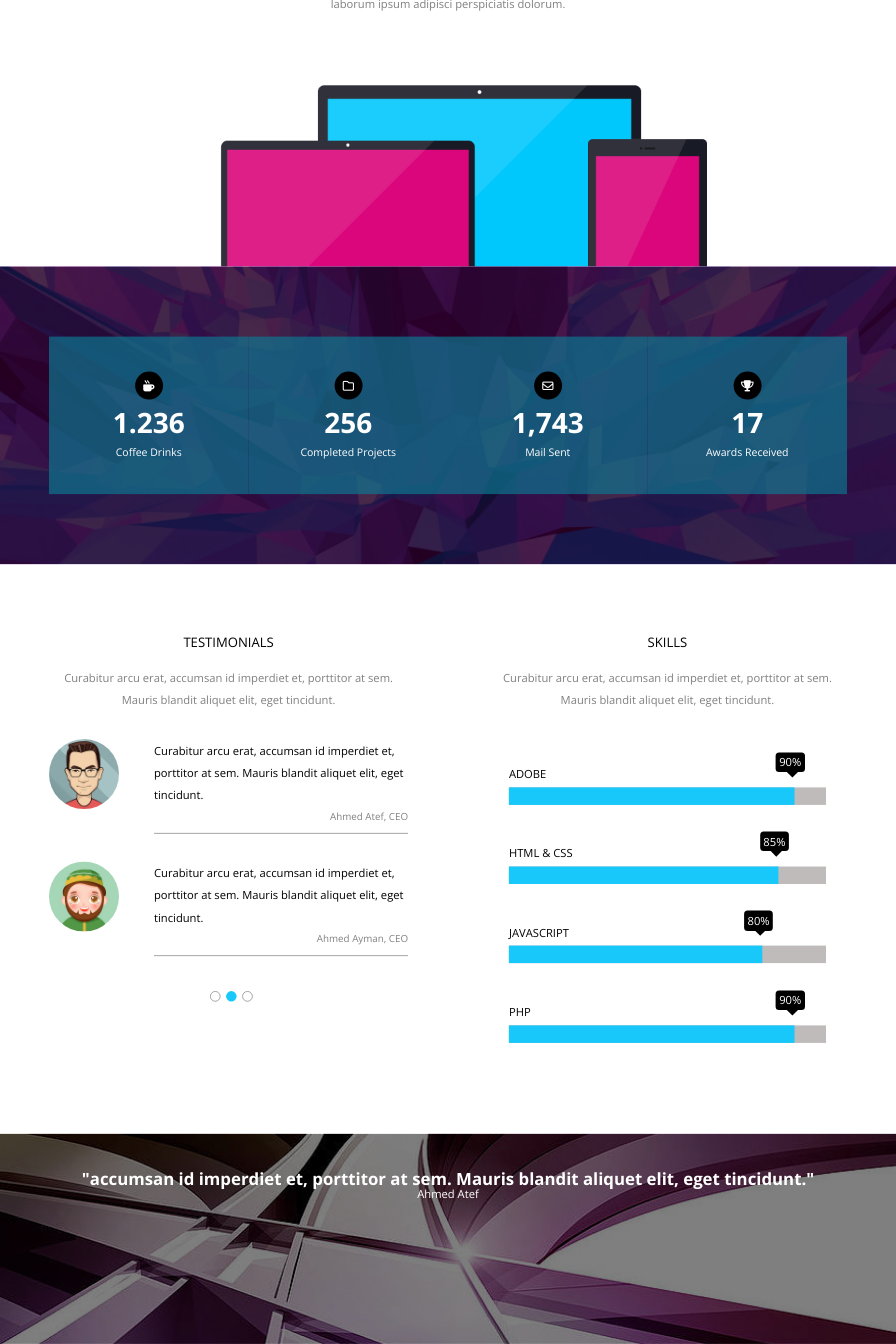
Repository: Ahmed123rezk123/Template_2
Page: index.html
The author's editor kept a copy of each file at every save. The page is drawn from the files as they stood at one save, then again after the next save.
The browser window is 1280 px wide. The pictures show the part of the page from y = 4247 to 6167 px (the page is 6167 px tall), at 70% of full size.
A picture or video elsewhere on the page could not be fetched, so the positions and the page height are approximate. Some web fonts or font styles are not loaded; a fallback is used.

Above is the page before, as saved 2024-04-15 19:29:53.

### index.html
<!DOCTYPE html>
<html lang="en">
<head>
    <meta charset="UTF-8">
    <meta name="viewport" content="width=device-width, initial-scale=1.0">
    <title>Kasper | Template two</title>
    <!-- Render All Elements Normally -->
    <link rel="stylesheet" href="css/normalize.css">
    <!-- Font Awesome Library -->
    <link rel="stylesheet" href="css/all.min.css">
      <!-- Main Temlate css file -->
      <link rel="stylesheet" href="css/kasper.css">
    <!-- Google Fonts -->
    <link rel="preconnect" href="https://fonts.googleapis.com">
    <link rel="preconnect" href="https://fonts.gstatic.com" crossorigin>
    <link href="https://fonts.googleapis.com/css2?family=Edu+TAS+Beginner:wght@500&family=Open+Sans:wght@400;700&display=swap" rel="stylesheet">
    <!-- <link href="https://cdn.jsdelivr.net/npm/bootstrap@5.3.2/dist/css/bootstrap.min.css" rel="stylesheet"> -->
  </head>
<body>
<!-- Start Header -->
<header>
  <div class="container">
    <a href="#" class="logo">
      <img src="images/logo.png" alt="Logo">
    </a>
    <nav>
      <i class="fas fa-bars menu"></i>
      <ul>
       <li><a href="#" class="active">Home</a></li>
       <li><a href="#">Service</a></li>
       <li><a href="#">portfolio</a></li>
       <li><a href="#">About</a></li>
       <li><a href="#">Pricing</a></li>
       <li><a href="#">Contact</a></li>
      </ul>
      <div class="form">
        <i class="fas fa-search"></i>
      </div>
    </nav>
  </div>
</header>
<!-- End Header -->
<!-- Start Landing -->
    <section class="landing">
      <div class="overlay">
        <div class="text">
          <div class="content">
            <h2>
              Hello World<br>
              We Are Kasper We Make Art.
            </h2>
              <p>Lorem ipsum dolor sit amet consectetur adipisicing elit. Numquam,
                laborum ipsum adipisci perspiciatis dolorum debitis incidunt,
                sapiente corrupti doloribus, earum rem dicta quibusdam saepe voluptatem vero.
                  Commodi sed quidem laborio sam.</p>
          </div>
        </div>
      </div>
      <i class="fas fa-angle-left icon1 fa-2x"></i>
      <i class="fas fa-angle-right icon2 fa-2x"></i>
      <ul class="bullets">
        <li></li>
        <li class="active"></li>
        <li></li>
      </ul>
    </section>
<!-- End Landing -->
<!-- Start Services -->
    <section class="services">
      <div class="container">
      <div class="main-content">
        <h2>Services</h2>
        <p>Lorem ipsum dolor sit amet consectetur adipisicing elit. Numquam,
          laborum ipsum adipisci perspiciatis dolorum.</p>
      </div>
      <div class="services-content">
        <div class="div-content">
          <i class="fas fa-desktop"></i>
          <div class="text">
          <h2>Frontend Developer</h2>
          <p>Lorem, ipsum dolor sit amet consectetur adipisicing elit. Minus dolorum ipsam, ullam tenetur ab aliquid quia repudiandae .</p>
        </div>
        </div>
        <div class="div-content">
          <i class="fas fa-cog"></i>
          <div class="text">
            <h2>Frontend Developer</h2>
            <p>Lorem, ipsum dolor sit amet consectetur adipisicing elit. Minus dolorum ipsam, ullam tenetur ab aliquid quia repudiandae .</p>
          </div>
         </div>
        <div class="div-content">
          <i class="fas fa-pencil-ruler"></i>
          <div class="text">
            <h2>Frontend Developer</h2>
            <p>Lorem, ipsum dolor sit amet consectetur adipisicing elit. Minus dolorum ipsam, ullam tenetur ab aliquid quia repudiandae .</p>
          </div>
         </div>
        <div class="div-content">
          <i class="fas fa-camera"></i>
          <div class="text">
            <h2>Frontend Developer</h2>
            <p>Lorem, ipsum dolor sit amet consectetur adipisicing elit. Minus dolorum ipsam, ullam tenetur ab aliquid quia repudiandae .</p>
          </div>
          </div>
      </div>
      </div>
    </section>
<!-- End Services -->
<!-- Start Design -->
<section class="design">
  <div class="overlay">
    <div class="image">
      <img src="images/mobile.png" alt="">
    </div>
    <div class="text">
      <div class="content">
        <h2>OUR DESIGN COMES WITH...</h2>
        <div class="div-icon">
          <div class="div-content">
            <i class="fas fa-desktop lab1"></i>
            <span>Responsive Design</span>
          </div>
          <div class="div-content">
        <i class="fas fa-desktop lab2"></i>
        <span>Modern And Clean Design</span>
        </div>
        <div class="div-content">
        <i class="fas fa-desktop lab3"></i>
        <span>Clean Code</span>
        </div>
        <div class="div-content">
        <i class="fas fa-desktop lab4"></i>
        <span>Browser Friendly</span>
      </div>
      </div>
      </div>
    </div>
  </div>
</section>
<!-- End Design -->
<!-- Start Portfolio -->
<div class="portfolio">
  <div class="container">
    <div class="main-content">
      <h2>Portfolio</h2>
      <p>Lorem ipsum dolor sit amet consectetur adipisicing elit. Numquam,
        laborum ipsum adipisci perspiciatis dolorum.</p>
    </div>
    <ul class="shuffle">
      <li class="active">All</li>
      <li>App</li>
      <li>Photo</li>
      <li>Web</li>
      <li>Print</li>
    </ul>
    </div>
    <div class="imgs-content">
      <div class="box">
        <img src="images/shuffle-01.jpg" alt="">
        <div class="caption">
          <h4>Awesome Image</h4>
          <p>Photography</p>
        </div>
      </div>
      <div class="box">
        <img src="images/shuffle-02.jpg" alt="">
        <div class="caption">
          <h4>Awesome Image</h4>
          <p>Photography</p>
        </div>
      </div>
      <div class="box">
        <img src="images/shuffle-03.jpg" alt="">
        <div class="caption">
          <h4>Awesome Image</h4>
          <p>Photography</p>
        </div>
      </div>
      <div class="box">
        <img src="images/shuffle-04.jpg" alt="">
        <div class="caption">
          <h4>Awesome Image</h4>
          <p>Photography</p>
        </div>
      </div>
      <div class="box">
        <img src="images/shuffle-05.jpg" alt="">
        <div class="caption">
          <h4>Awesome Image</h4>
          <p>Photography</p>
        </div>
      </div>
      <div class="box">
        <img src="images/shuffle-06.jpg" alt="">
        <div class="caption">
          <h4>Awesome Image</h4>
          <p>Photography</p>
        </div>
      </div>
      <div class="box">
        <img src="images/shuffle-07.jpg" alt="">
        <div class="caption">
          <h4>Awesome Image</h4>
          <p>Photography</p>
        </div>
      </div>
      <div class="box">
        <img src="images/shuffle-08.jpg" alt="">
        <div class="caption">
          <h4>Awesome Image</h4>
          <p>Photography</p>
        </div>
      </div>
    </div>
    <a href="#" class="more">MORE</a>
    </div>
<!-- End Portfolio -->
<!-- Start Video -->
<div class="video">
  <video autoplay muted loop>
    <source src="images/awesome-video (1).mp4" type="video/mp4">
  </video>
  <div class="text">
      <h2>SUPER AWESOME VIDEO HERE</h2>
      <p>Its All You Need</p>
      <button>SEE MORE</button>
</div>
</div>
<!-- End Video -->

<!-- Start About -->
  <div class="about">
    <div class="container">
      <div class="main-content">
        <h2>Services</h2>
        <p>Lorem ipsum dolor sit amet consectetur adipisicing elit. Numquam,
          laborum ipsum adipisci perspiciatis dolorum.</p>
      </div>
          <img src="images/about.png" alt="">
    </div>
  </div>
<!-- End About -->
 <!-- Start Stats  -->
 <div class="stats">
  <div class="container">
      <div class="box">
        <i class="fas fa-mug-hot"></i>
        <p>1.236</p>
        <span>Coffee Drinks</span>
      </div>
      <div class="box">
        <i class="far fa-folder"></i>
        <p>256</p>
        <span>Completed Projects</span>
      </div>
      <div class="box">
        <i class="far fa-envelope"></i>
        <p>1,743</p>
        <span>Mail Sent</span>
      </div>
      <div class="box">
        <i class="fas fa-trophy"></i>
        <p>17</p>
        <span>Awards Received</span>
      </div>
    </div>
 </div>
 <!-- End Stats  -->
 <!-- Start Skills -->
  <div class="our-skills">
    <div class="container">
      <div class="testimonial">
        <h3>TESTIMONIALS</h3>
        <p>Curabitur arcu erat, accumsan id imperdiet et, porttitor at sem. Mauris blandit aliquet elit, eget tincidunt.</p>
      <div class="box">
        <img src="images/skills-01.jpg" alt="">
        <div class="text">
          Curabitur arcu erat, accumsan id imperdiet et, porttitor at sem. Mauris blandit aliquet elit, eget tincidunt.
          <p>Ahmed Atef, CEO</p>
        </div>
      </div>
      <div class="box">
        <img src="images/skills-02.jpg" alt="">
        <div class="text">
          Curabitur arcu erat, accumsan id imperdiet et, porttitor at sem. Mauris blandit aliquet elit, eget tincidunt.
        <p>Ahmed Ayman, CEO</p>
        </div>
      </div>
      <ul class="bullets">
            <li></li>
            <li class="active"></li>
            <li></li>
      </ul>
      </div>
      <div class="skills">
        <h3>SKILLS</h3>
        <p>Curabitur arcu erat, accumsan id imperdiet et, porttitor at sem. Mauris blandit aliquet elit, eget tincidunt.</p>
        <div class="prog-content">
          <h4>ADOBE</h4>
          <div class="prog">
            <span style="width: 90%;" data-progress="90%"></span>
          </div>
        </div>
          <div class="prog-content">
          <h4>HTML & CSS</h4>
          <div class="prog">
            <span style="width: 85%;" data-progress="85%"></span>
          </div>
        </div>
        <div class="prog-content">
          <h4>JAVASCRIPT</h4>
          <div class="prog">
            <span style="width: 80%;" data-progress="80%"></span>
          </div>
        </div>
        <div class="prog-content">
          <h4>PHP</h4>
          <div class="prog">
            <span style="width: 90%;" data-progress="90%"></span>
          </div>
        </div>
      </div>
    </div>
  </div>
 <!-- End Skills -->
 <!-- Start Quote -->
  <div class="quote">
    <div class="container">
      <div class="content">
        <h2>"accumsan id imperdiet et, porttitor at sem. Mauris blandit aliquet elit, eget tincidunt."</h2>
        <span>Ahmed Atef</span>
      </div>
    </div>
  </div>
 <!-- End Quote -->
</body>
</html>

Loaded but not shown: css/normalize.css (library); css/all.min.css (library); css/kasper.css (817 lines, source omitted)

After the next save:
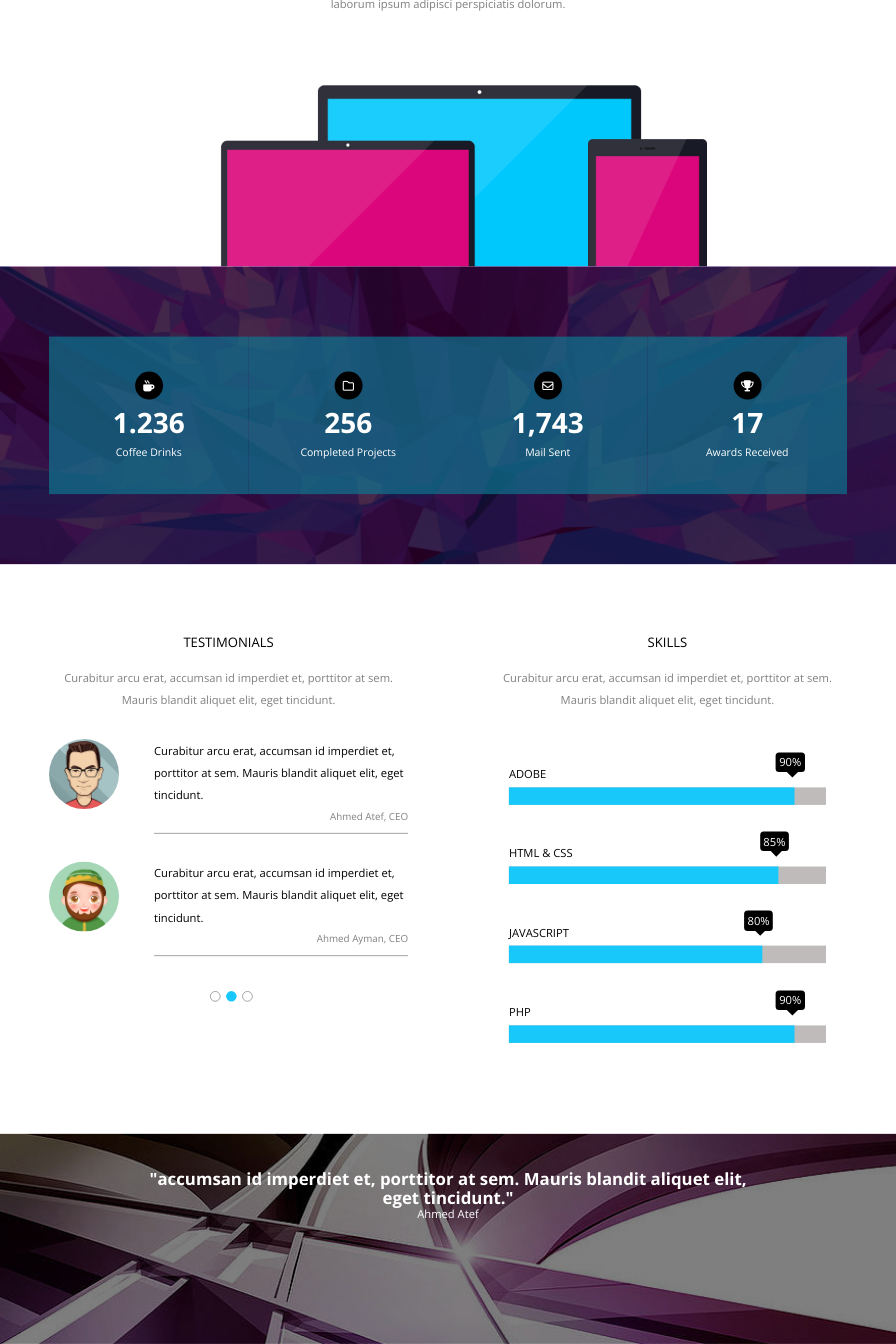
Saved 30 s later.
--- a/index.html
+++ b/index.html
@@ -327,7 +327,7 @@
   <div class="quote">
     <div class="container">
       <div class="content">
-        <h2>"accumsan id imperdiet et, porttitor at sem. Mauris blandit aliquet elit, eget tincidunt."</h2>
+        <h2>"accumsan id imperdiet et, porttitor at sem. Mauris blandit aliquet elit, <br>eget tincidunt."</h2>
         <span>Ahmed Atef</span>
       </div>
     </div>
